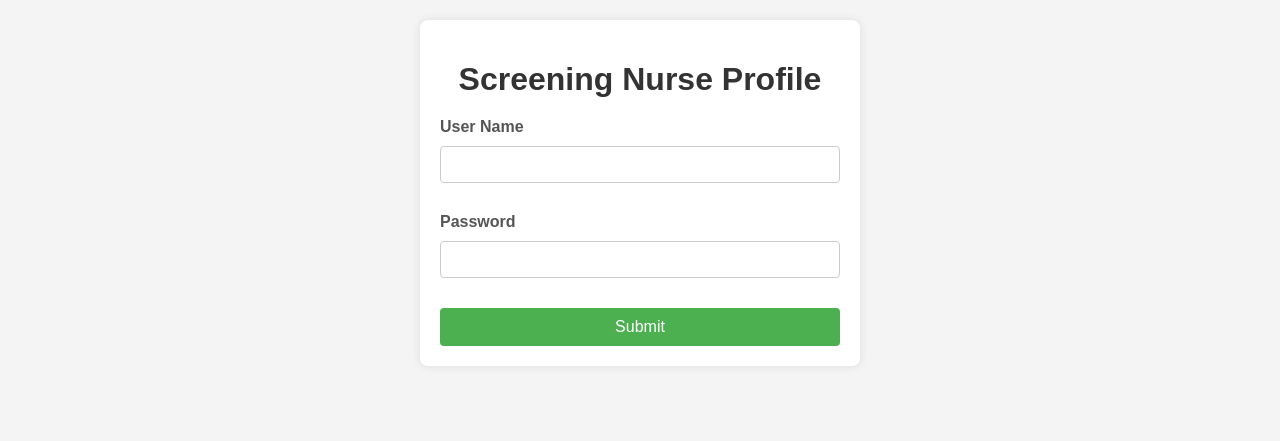
Repository: OmarAl-Saleh/Hospital-Emergency-System
Page: http://localhost/EmergencySystem/screening_nurse/sign-up.jsp
The author's editor kept a copy of each file at every save. The page is drawn from the files as they stood at one save, then again after the next save.
The browser window is 1280 px wide. The pictures show the whole page.
The page is served by Tomcat 9. Other server files are loaded and not shown.

Above is the page before, as saved 2024-05-25 11:51:56.

### EmergencySystem/EmergencySystem/src/main/webapp/screening_nurse/sign-up.jsp
<!DOCTYPE html>
<html>
<head>
    <meta charset="ISO-8859-1">
    <title>Department Nurse Profile Form</title>
    <style>
        body {
            font-family: Arial, sans-serif;
            background-color: #f4f4f4;
            margin: 0;
            padding: 20px;
        }

        form {
            background-color: white;
            padding: 20px;
            border-radius: 8px;
            box-shadow: 0 0 10px rgba(0, 0, 0, 0.1);
            max-width: 400px;
            margin: auto;
        }

        h1 {
            text-align: center;
            color: #333;
            margin-bottom: 20px;
        }

        label {
            display: block;
            margin-bottom: 10px;
            font-weight: bold;
            color: #555;
        }

        input[type="text"], input[type="password"], input[type="email"], input[type="tel"] {
            width: 100%;
            padding: 10px;
            margin-bottom: 15px;
            border: 1px solid #ccc;
            border-radius: 4px;
            box-sizing: border-box;
        }

        input[type="submit"] {
            background-color: #4CAF50;
            color: white;
            border: none;
            padding: 10px 20px;
            cursor: pointer;
            border-radius: 4px;
            width: 100%;
            font-size: 16px;
        }

        input[type="submit"]:hover {
            background-color: #45a049;
        }

        .form-group {
            margin-bottom: 15px;
        }
    </style>
</head>
<body>
    <form action="screening_nurse" method="post">
        <h1>Screening Nurse Profile</h1>

        <input type="hidden" name="source" value="sign-up"/>
        <div class="form-group">
            <label for="name">User Name</label>
            <input type="text" id="name" name="name" required/>
        </div>
        <div class="form-group">
            <label for="password">Password</label>
            <input type="password" id="password" name="password" required/>
        </div>
        <input type="submit" value="Submit"/>
    </form>
</body>
</html>

After the next save:
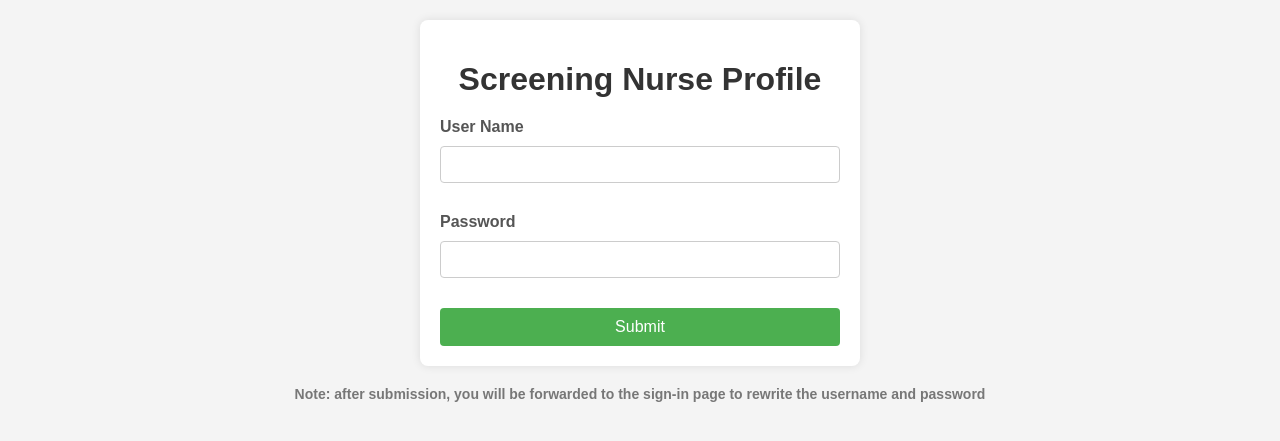
Saved 7 min 34 s later.
--- a/EmergencySystem/EmergencySystem/src/main/webapp/screening_nurse/sign-up.jsp
+++ b/EmergencySystem/EmergencySystem/src/main/webapp/screening_nurse/sign-up.jsp
@@ -24,6 +24,13 @@
             text-align: center;
             color: #333;
             margin-bottom: 20px;
+        }
+
+         h5 {
+            text-align: center;
+            color: #777;
+            margin-top: 20px;
+            font-size: 14px;
         }
 
         label {
@@ -77,5 +84,7 @@
         </div>
         <input type="submit" value="Submit"/>
     </form>
+        <h5>Note: after submission, you will be forwarded to the sign-in page to  rewrite the username and password</h5>
+
 </body>
 </html>
